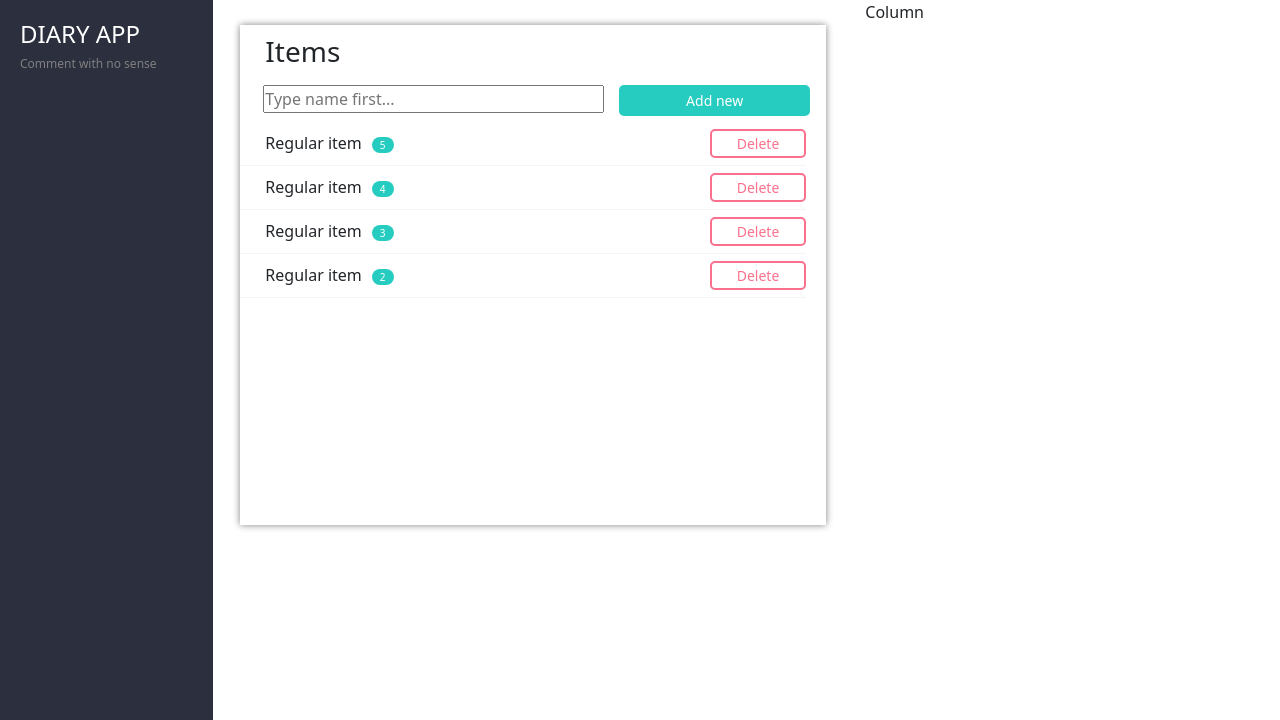
Repository: tsydikov/diary
Page: /
The author's editor kept a copy of each file at every save. The page is drawn from the files as they stood at one save, then again after the next save.
The browser window is 1280 px wide. The pictures show the whole page.
The project was rebuilt for these pictures with package versions that can differ from the ones it lists, and the page was loaded fresh each time.

Above is the page before, as saved 2021-09-10 21:57:38.

### public/index.html
<!DOCTYPE html>
<html lang="en">
  <head>
    <meta charset="utf-8" />
    <meta name="viewport" content="width=device-width, initial-scale=1" />
    <link href="https://cdn.jsdelivr.net/npm/bootstrap@5.1.1/dist/css/bootstrap.min.css" rel="stylesheet" integrity="sha384-F3w7mX95PdgyTmZZMECAngseQB83DfGTowi0iMjiWaeVhAn4FJkqJByhZMI3AhiU" crossorigin="anonymous">
    <title>Diary App</title>
  </head>
  <body>
    <noscript>You need to enable JavaScript to run this app.</noscript>
    <div id="root"></div>
  </body>
</html>

### src/App.js
import React, { useState } from "react";
import Navbar from "./UI/Navbar/Navbar";
import './styles/App.css'
import Items from "./components/Items";
import ItemForm from "./components/ItemForm";

function App() {
  const [items, setItems] = useState([
    { id: 1, title: 'Regular item', comments: [1, 2, 3, 4, 5] },
    { id: 2, title: 'Regular item', comments: [1, 2, 3, 4] },
    { id: 3, title: 'Regular item', comments: [1, 2, 3] },
    { id: 4, title: 'Regular item', comments: [1, 2] },
  ])
  const createItem = (newItem) => {
    setItems([...items, newItem])
  }


  return (
    <div className="container-fluid" >
      <div className="row " >
        <div className="col-2 px-0" >
          <Navbar />
        </div>
        <div className="col-6">
          <div className="items_cotainer">
            <ItemForm create={createItem} />
            <Items items={items} />
          </div>
        </div>
        <div className="col-4">
          Column
    </div>
      </div>
    </div>
  );
}

export default App;

### src/UI/Navbar/Navbar.jsx
import React from 'react';
import cl from './Navbar.module.css'
// style={{background:'red'}}
const Navbar = () => {
    return (
        <div className={cl.container} >
            <h1>diary app</h1>
            <h3>Comment with no sense</h3>
        </div>
    );
};

export default Navbar;

### src/styles/App.css
* {
    margin: 0;
    padding: 0;
    box-sizing: border-box;
}

#root {
    display: flex;
    flex-direction: column;
    align-items: center;
}

.item_cotainer {
    display: flex;
    justify-content: space-between;
    align-items: center;
    padding: 5px 0;
    padding-left: 25px;
}

.item_cotainer span {
    font-size: 10px;
    color: white;
    background-color: #27ccc0;
    border-radius: 20px;
    margin: 0 10px;
    padding: 1px 8px;
}

hr {
    margin: 2px 0;
    background: lightgray;
    /* background: tomato; */
}

.items_cotainer {
    box-shadow: 0 0 7px grey;
    margin: 15px;
    margin-top: 25px;
    min-height: 500px;
    padding-right: 20px;
}

.h3 {
    padding-top: 10px;
    padding-left: 25px;
    font-weight: 200;
}

.input {
    display: flex;
    justify-content: center;
    width: 95%;
    margin-left: 15px;
    /* padding-top: 5px; */
}

### src/components/Items.jsx
import React from 'react';
import Item from './Item';

const Items = ({items}) => {

    return (
        <div>
            {items.map(item =>
                <div>
                    <Item item={item} key={item.id} />
                    <hr />
                </div>
            )}
        </div>
    );
};

export default Items;

### src/components/ItemForm.jsx
import React, { useState } from 'react';
import Button from '../UI/Buttons/Button';

const ItemForm = ({create}) => {
    const [title, setTitle] = useState('')

    const addNewItem = (e) => {
        e.preventDefault()
        const newItem = {
          id: Date.now(),
          title,
          comments: []
        }
        create(newItem)
        setTitle('')
      }

    return (
        <div className="container-fluid px-0" >
            <h3 className="h3">Items</h3>
            <div className="row p-2">
              <div className="col-8 ">
                <input
                  value={title}
                  onChange={e => setTitle(e.target.value)}
                  className="input"
                  type="text"
                  placeholder="Type name first..."
                />
              </div>
              <div className="col-4 p-0">
                <Button onClick={addNewItem} >Add new</Button>
              </div>
            </div>
          </div>
    );
};

export default ItemForm;

### src/UI/Navbar/Navbar.module.css
.container {
    background: #2b2f3e;
    height: 100vh;
    padding: 20px;
    /* width: initial; */
}

.container h1 {
    text-transform: uppercase;
    color:white;
    font-size: 24px;
    font-weight:200;
}

.container h3 {
    color:grey;
    font-size: 12px;
    font-weight:200;
}

### src/components/Item.jsx
import React from 'react';
import ButtonDelete from '../UI/Buttons/ButtonDelete';

const Item = (props) => {
    return (
        <div className="item_cotainer">
              <div>
                {props.item.title}<span>{props.item.comments.length}</span>
              </div>
              <ButtonDelete>
                Delete
                </ButtonDelete>
            </div>
    );
};

export default Item;

### src/UI/Buttons/Button.jsx
import React from 'react'
import cl from "./Button.module.css";

const Button = ({ children, ...props }) => {
    return (
        <button {...props} className={cl.Btn}>
            {children}
        </button>
    )
}

export default Button;

### src/UI/Buttons/ButtonDelete.jsx
import React from 'react'
import cl from "./Button.module.css";

const ButtonDelete = ({ children, ...props }) => {
    return (
        <button {...props} className={cl.BtnDel}>
            {children}
        </button>
    )
}

export default ButtonDelete;

### src/UI/Buttons/Button.module.css
.Btn {
    padding: 5px 10px;
    color: white;
    font-size: 14px;
    border: none;
    cursor: pointer;
    background-color: #27ccc0;
    border-radius: 5px;
    display:flex;
    align-items:stretch;
    justify-content: center;
    text-align: center;
    width: 100%;
}
.BtnDel {
    padding: 2px 25px;
    color: #fb718d;
    font-size: 14px;
    border: 2px solid #fb718d;
    cursor: pointer;
    background-color: white;
    border-radius: 5px;
    display:flex;
    align-items:stretch;
    text-align: center;
}

Loaded but not shown: src/index.js (common file)

After the next save:
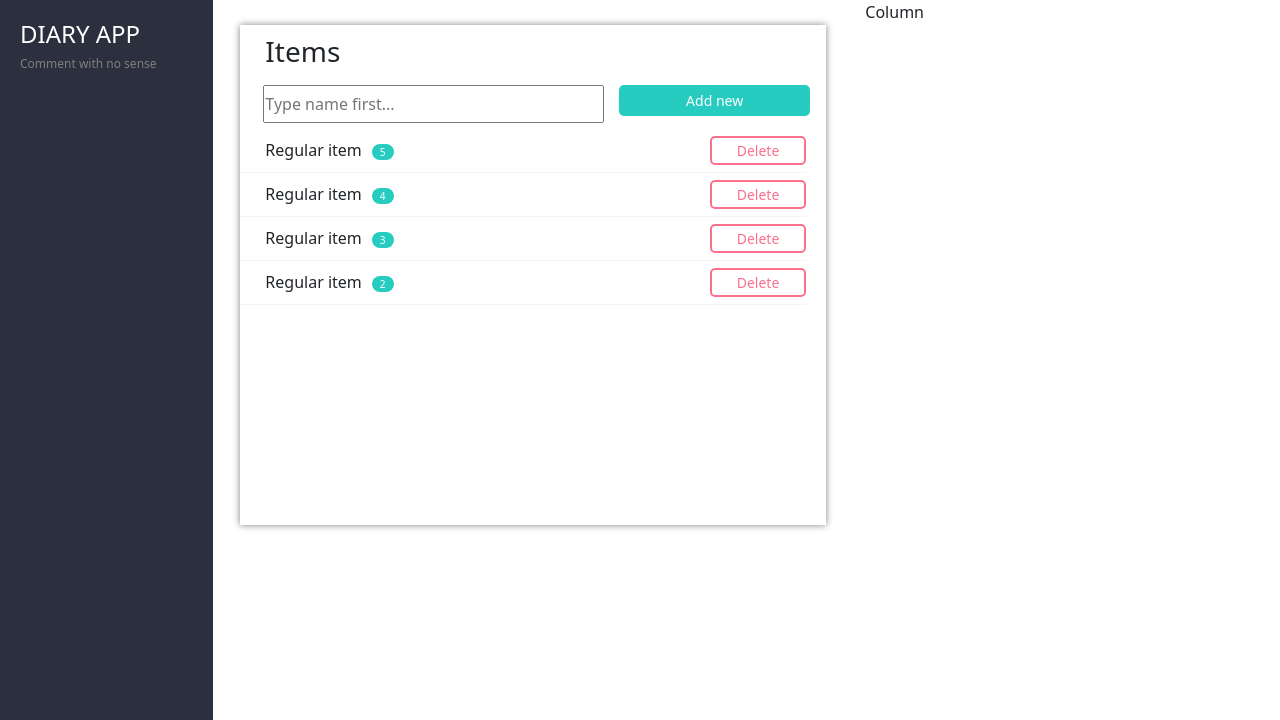
Saved 29 s later.
--- a/src/styles/App.css
+++ b/src/styles/App.css
@@ -52,5 +52,6 @@ hr {
     justify-content: center;
     width: 95%;
     margin-left: 15px;
+    padding: 5px 0;
     /* padding-top: 5px; */
 }
